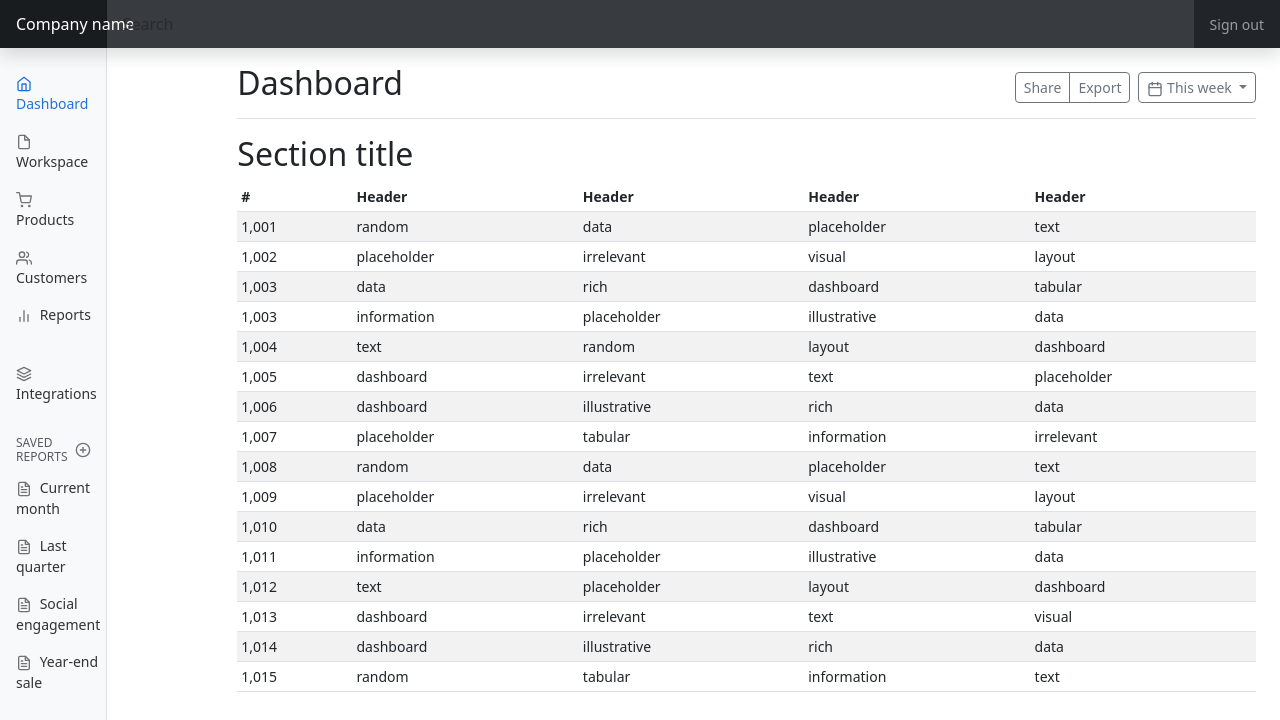
Repository: Git-it-right/Centrality
Page: dashboard/index.html
An editor plug-in stored every save of this project. The page is shown before and after the next save, followed by the edit.
The browser window is 1280 px wide. The pictures show the whole page.

Above is the page before, as saved 2023-04-16 19:03:25.
Console error: TypeError: Cannot read properties of null (reading 'length')

After the next save:
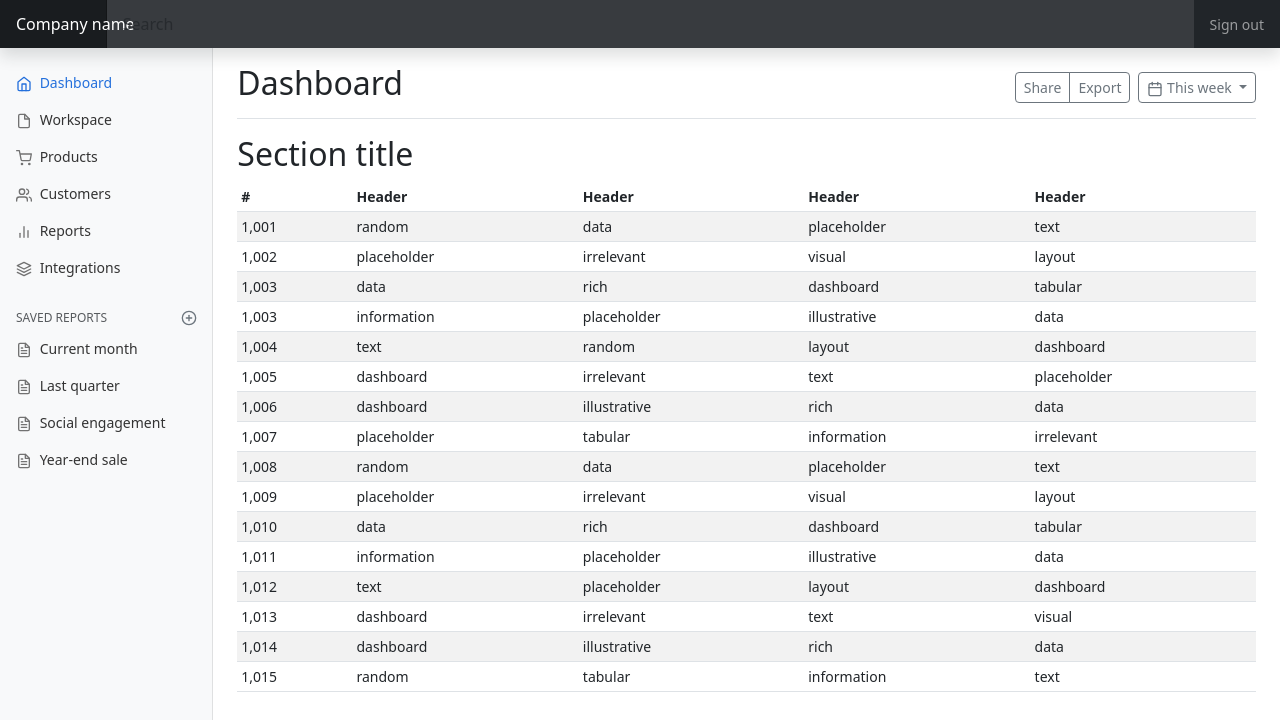
Saved 83 s later.
--- a/dashboard/index.html
+++ b/dashboard/index.html
@@ -31,7 +31,7 @@
   </header>
   <div class="container-fluid">
     <div class="row">
-      <nav id="sidebarMenu" class="col-md-1 col-lg-1 d-md-block bg-light sidebar collapse">
+      <nav id="sidebarMenu" class="col-md-2 col-lg-2 d-md-block bg-light sidebar collapse">
         <div class="position-sticky pt-3 sidebar-sticky">
           <ul class="nav flex-column">
             <li class="nav-item">
@@ -41,7 +41,7 @@
               </a>
             </li>
             <li class="nav-item">
-              <a class="nav-link" href="workspace.html">
+              <a class="nav-link" href="https://centralitypark.azurewebsites.net/dashboard/workspace.html">
                 <span data-feather="file" class="align-text-bottom"></span>
                 Workspace
               </a>
